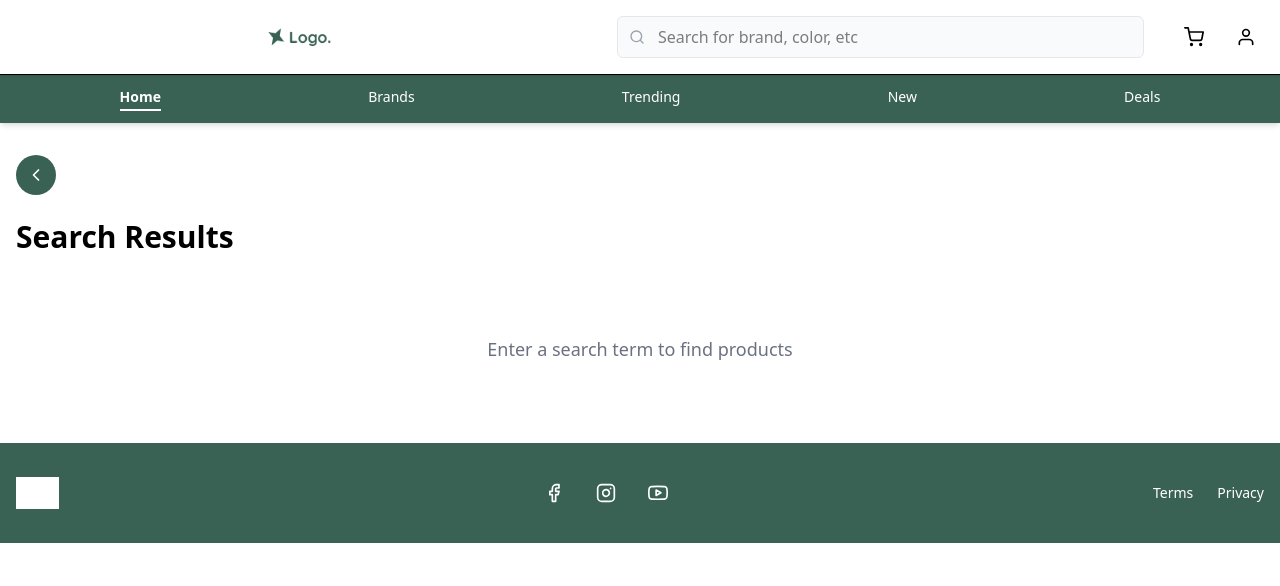
Repository: lyns184/FE-shoes_web
Page: /search
The author's editor kept a copy of each file at every save. The page is drawn from the files as they stood at one save, then again after the next save.
The browser window is 1280 px wide. The pictures show the whole page.
Pictures or frames that could not be fetched are drawn as grey boxes. The project was rebuilt for these pictures with package versions that can differ from the ones it lists, and the page was loaded fresh each time. Also part of the build but not shown: vite.config.ts, src/pages/Home/HeroCarousel.tsx, src/components/card/ProductCard.tsx, src/components/card/BrandCard.tsx, src/components/card/ReleaseCard.tsx, src/components/card/InfoCard.tsx, src/components/common/SectionHeader.tsx, src/pages/Home.tsx and 8 more.

Above is the page before, as saved 2026-01-01 20:59:21.

### index.html
<!doctype html>
<html lang="en">
  <head>
    <meta charset="UTF-8" />
    <link rel="icon" type="image/svg+xml" href="/vite.svg" />
    <meta name="viewport" content="width=device-width, initial-scale=1.0" />
    <title>shoes_web</title>
  </head>
  <body>
    <div id="root"></div>
    <script type="module" src="/src/main.tsx"></script>
  </body>
</html>

### src/index.css
@import "tailwindcss";

/* NProgress custom styling */
#nprogress .bar {
  background: #396254 !important;
  height: 3px !important;
}

#nprogress .peg {
  box-shadow: 0 0 10px #396254, 0 0 5px #396254 !important;
}

### src/App.tsx
import { useEffect } from 'react'
import { BrowserRouter, Routes, Route, useLocation } from 'react-router-dom'
import { routes } from './router'
import { CartProvider } from './hooks/useCart'
import NProgress from 'nprogress'
import 'nprogress/nprogress.css'
import './App.css'

// Configure NProgress
NProgress.configure({
  showSpinner: false,
  speed: 400,
  minimum: 0.2
});

function ScrollToTop() {
  const { pathname } = useLocation();

  useEffect(() => {
    // Start progress bar
    NProgress.start();

    // Scroll to top
    window.scrollTo(0, 0);

    // Complete progress bar after a short delay
    const timer = setTimeout(() => {
      NProgress.done();
    }, 300);

    return () => {
      clearTimeout(timer);
      NProgress.done();
    };
  }, [pathname]);

  return null;
}

function App() {
  return (
    <CartProvider>
      <BrowserRouter>
        <ScrollToTop />
        <Routes>
          {routes.map((route, index) => (
            <Route key={index} path={route.path} element={route.element} />
          ))}
        </Routes>
      </BrowserRouter>
    </CartProvider>
  )
}

export default App

### src/router/index.tsx
import type { RouteObject } from 'react-router-dom';
import Home from '../pages/Home';
import SignUp from '../pages/SignUp';
import ProductDetail from '../pages/ProductDetail';
import Cart from '../pages/Cart';
import Search from '../pages/Search';
import NotFound from '../pages/NotFound';

export const routes: RouteObject[] = [
  {
    path: '/',
    element: <Home />,
  },
  {
    path: '/login',
    element: <SignUp />,
  },
  {
    path: '/product/:id',
    element: <ProductDetail />,
  },
  {
    path: '/cart',
    element: <Cart />,
  },
  {
    path: '/search',
    element: <Search />,
  },
  {
    path: '*',
    element: <NotFound />,
  },
];

### src/hooks/useCart.tsx
import { createContext, useContext, useState, type ReactNode } from 'react';

export interface CartItem {
  id: number;
  name: string;
  description: string;
  size: string;
  quantity: number;
  price: number;
  imageUrl: string;
}

interface CartContextType {
  items: CartItem[];
  addToCart: (item: Omit<CartItem, 'quantity'>) => void;
  removeFromCart: (id: number, size: string) => void;
  updateQuantity: (id: number, size: string, change: number) => void;
  clearCart: () => void;
  totalItems: number;
  subtotal: number;
}

const CartContext = createContext<CartContextType | undefined>(undefined);

export function CartProvider({ children }: { children: ReactNode }) {
  const [items, setItems] = useState<CartItem[]>([]);

  const addToCart = (newItem: Omit<CartItem, 'quantity'>) => {
    setItems(prevItems => {
      // Check if item with same id and size already exists
      const existingIndex = prevItems.findIndex(
        item => item.id === newItem.id && item.size === newItem.size
      );

      if (existingIndex >= 0) {
        // Increase quantity
        const updated = [...prevItems];
        updated[existingIndex].quantity += 1;
        return updated;
      } else {
        // Add new item
        return [...prevItems, { ...newItem, quantity: 1 }];
      }
    });
  };

  const removeFromCart = (id: number, size: string) => {
    setItems(prevItems => prevItems.filter(item => !(item.id === id && item.size === size)));
  };

  const updateQuantity = (id: number, size: string, change: number) => {
    setItems(prevItems =>
      prevItems
        .map(item => {
          if (item.id === id && item.size === size) {
            const newQuantity = item.quantity + change;
            return { ...item, quantity: newQuantity };
          }
          return item;
        })
        .filter(item => item.quantity > 0)
    );
  };

  const clearCart = () => {
    setItems([]);
  };

  const totalItems = items.reduce((sum, item) => sum + item.quantity, 0);
  const subtotal = items.reduce((sum, item) => sum + item.price * item.quantity, 0);

  return (
    <CartContext.Provider
      value={{
        items,
        addToCart,
        removeFromCart,
        updateQuantity,
        clearCart,
        totalItems,
        subtotal,
      }}
    >
      {children}
    </CartContext.Provider>
  );
}

export function useCart() {
  const context = useContext(CartContext);
  if (!context) {
    throw new Error('useCart must be used within a CartProvider');
  }
  return context;
}

### src/pages/Search/index.tsx
import { useState, useEffect, useMemo, useTransition } from 'react';
import { useSearchParams, useNavigate } from 'react-router-dom';
import { FiChevronLeft } from 'react-icons/fi';
import MainLayout from '../../layouts/MainLayout';
import ProductCard from '../../components/card/ProductCard';
import { ProductGridSkeleton } from '../../components/common/Skeleton';
import { products } from '../../data/products';

export default function Search() {
  const [searchParams] = useSearchParams();
  const navigate = useNavigate();
  const query = searchParams.get('q') || '';
  const [isPending, startTransition] = useTransition();
  const [displayQuery, setDisplayQuery] = useState(query);

  // Calculate results directly from display query
  const results = useMemo(() => {
    if (!displayQuery) return [];
    return products.filter(product =>
      product.name.toLowerCase().includes(displayQuery.toLowerCase()) ||
      product.description.toLowerCase().includes(displayQuery.toLowerCase()) ||
      product.badge?.toLowerCase().includes(displayQuery.toLowerCase())
    );
  }, [displayQuery]);

  useEffect(() => {
    const timer = setTimeout(() => {
      startTransition(() => {
        setDisplayQuery(query);
      });
    }, 300);
    return () => clearTimeout(timer);
  }, [query]);

  return (
    <MainLayout>
      <div className="container mx-auto px-4 py-8">
        {/* Back Button */}
        <button
          onClick={() => navigate(-1)}
          className="mb-6 flex items-center justify-center w-10 h-10 rounded-full bg-[#396254] hover:bg-[#2d4d3f] transition-colors cursor-pointer"
        >
          <FiChevronLeft className="h-5 w-5 text-white" />
        </button>

        {/* Search Header */}
        <div className="mb-8">
          <h1 className="text-3xl font-bold mb-2">Search Results</h1>
          {query && (
            <p className="text-gray-600">
              {isPending ? (
                'Searching...'
              ) : (
                <>
                  Found <span className="font-semibold">{results.length}</span> results for "
                  <span className="font-semibold">{query}</span>"
                </>
              )}
            </p>
          )}
        </div>

        {/* Loading State */}
        {isPending ? (
          <ProductGridSkeleton count={8} />
        ) : (
          <>
            {/* Results */}
            {query === '' ? (
              <div className="text-center py-12">
                <p className="text-gray-500 text-lg">Enter a search term to find products</p>
              </div>
            ) : results.length === 0 ? (
              <div className="text-center py-12">
                <p className="text-gray-500 text-lg mb-4">No products found for "{query}"</p>
                <button
                  onClick={() => navigate('/')}
                  className="bg-[#396254] hover:bg-[#2d4d3f] text-white px-6 py-2 rounded-md cursor-pointer"
                >
                  Continue Shopping
                </button>
              </div>
            ) : (
              <div className="grid grid-cols-1 sm:grid-cols-2 lg:grid-cols-4 gap-6">
                {results.map((product) => (
                  <ProductCard key={product.id} {...product} />
                ))}
              </div>
            )}
          </>
        )}
      </div>
    </MainLayout>
  );
}

### src/layouts/MainLayout.tsx
import Header from '../components/common/Header';
import Navigation from '../components/common/Navigation';
import Footer from '../components/common/Footer';

interface MainLayoutProps {
  children: React.ReactNode;
}

export default function MainLayout({ children }: MainLayoutProps) {
  return (
    <div className="min-h-screen bg-white">
      <Header />
      <Navigation />
      {children}
      <Footer />
    </div>
  );
}

### src/data/products.ts
import shoeImg from '../assets/shoe.png';

export interface Product {
  id: number;
  name: string;
  description: string;
  price: number;
  originalPrice?: number;
  imageUrl: string;
  badge?: string;
  freeship?: boolean;
  sizes?: string[];
  soldCount?: number;
  releaseDate?: string;
  isNewRelease?: boolean;
}

export const products: Product[] = [
  {
    id: 1,
    name: 'Jordan 1 Retro Low OG SP',
    description: 'Travis Scott Velvet Brown',
    price: 321,
    originalPrice: 521,
    imageUrl: shoeImg,
    badge: 'Lowest Price',
    freeship: true,
    sizes: ['36', '37', '38', '39', '40', '41'],
    soldCount: 61,
  },
  {
    id: 2,
    name: 'Jordan 1 Retro Low OG SP',
    description: 'Travis Scott Velvet Brown',
    price: 321,
    imageUrl: shoeImg,
    badge: 'Lowest Price',
    freeship: true,
    sizes: ['36', '37', '38', '39', '40', '41'],
    soldCount: 45,
  },
  {
    id: 3,
    name: 'Jordan 1 Retro Low OG SP',
    description: 'Travis Scott Velvet Brown',
    price: 321,
    imageUrl: shoeImg,
    badge: 'Lowest Price',
    freeship: true,
    sizes: ['36', '37', '38', '39', '40', '41'],
    soldCount: 32,
  },
  {
    id: 4,
    name: 'Jordan 1 Retro Low OG SP',
    description: 'Travis Scott Velvet Brown',
    price: 321,
    imageUrl: shoeImg,
    badge: 'Lowest Price',
    freeship: true,
    sizes: ['36', '37', '38', '39', '40', '41'],
    soldCount: 28,
  },
  {
    id: 5,
    name: 'Jordan Jumpman Jack TR Travis Scott x Chase B',
    description: '',
    price: 456,
    imageUrl: shoeImg,
    badge: 'Best Sold',
    freeship: true,
    sizes: ['36', '37', '38', '39', '40', '41', '42'],
    soldCount: 120,
  },
  {
    id: 6,
    name: 'Jordan Jumpman Jack TR Travis Scott x Chase B',
    description: '',
    price: 456,
    imageUrl: shoeImg,
    badge: 'Best Sold',
    freeship: true,
    sizes: ['36', '37', '38', '39', '40', '41', '42'],
    soldCount: 98,
  },
  {
    id: 7,
    name: 'Jordan Jumpman Jack TR Travis Scott x Chase B',
    description: '',
    price: 456,
    imageUrl: shoeImg,
    badge: 'Best Sold',
    freeship: true,
    sizes: ['36', '37', '38', '39', '40', '41', '42'],
    soldCount: 85,
  },
  {
    id: 8,
    name: 'Jordan Jumpman Jack TR Travis Scott x Chase B',
    description: '',
    price: 456,
    imageUrl: shoeImg,
    badge: 'Best Sold',
    freeship: true,
    sizes: ['36', '37', '38', '39', '40', '41', '42'],
    soldCount: 73,
  },
  // New Releases
  {
    id: 9,
    name: 'Nike Book 1 Torched',
    description: 'New Release',
    price: 289,
    imageUrl: shoeImg,
    freeship: true,
    sizes: ['36', '37', '38', '39', '40', '41'],
    soldCount: 15,
    releaseDate: 'Dec 12',
    isNewRelease: true,
  },
  {
    id: 10,
    name: 'Nike Book 1 Torched',
    description: 'New Release',
    price: 289,
    imageUrl: shoeImg,
    freeship: true,
    sizes: ['36', '37', '38', '39', '40', '41'],
    soldCount: 22,
    releaseDate: 'Dec 12',
    isNewRelease: true,
  },
  {
    id: 11,
    name: 'Nike Book 1 Torched',
    description: 'New Release',
    price: 289,
    imageUrl: shoeImg,
    freeship: true,
    sizes: ['36', '37', '38', '39', '40', '41'],
    soldCount: 18,
    releaseDate: 'Dec 12',
    isNewRelease: true,
  },
  {
    id: 12,
    name: 'Nike Book 1 Torched',
    description: 'New Release',
    price: 289,
    imageUrl: shoeImg,
    freeship: true,
    sizes: ['36', '37', '38', '39', '40', '41'],
    soldCount: 10,
    releaseDate: 'Dec 12',
    isNewRelease: true,
  },
];

export const getProductById = (id: number): Product | undefined => {
  return products.find(product => product.id === id);
};

export const getRelatedProducts = (currentId: number, limit: number = 4): Product[] => {
  return products.filter(product => product.id !== currentId).slice(0, limit);
};

export const getNewReleases = (limit: number = 4): Product[] => {
  return products.filter(product => product.isNewRelease).slice(0, limit);
};

### src/components/common/Skeleton.tsx
export function ProductCardSkeleton() {
  return (
    <div className="overflow-hidden border border-gray-200 rounded-lg bg-white animate-pulse">
      <div className="relative aspect-square bg-gray-200"></div>
      <div className="p-4">
        <div className="h-4 bg-gray-200 rounded mb-2"></div>
        <div className="h-4 bg-gray-200 rounded w-3/4 mb-2"></div>
        <div className="h-3 bg-gray-200 rounded w-1/2 mb-4"></div>
        <div className="flex items-center gap-2 mb-2">
          <div className="h-6 bg-gray-200 rounded w-16"></div>
          <div className="h-4 bg-gray-200 rounded w-12"></div>
        </div>
        <div className="h-6 bg-gray-200 rounded w-20"></div>
      </div>
    </div>
  );
}

export function ProductGridSkeleton({ count = 8 }: { count?: number }) {
  return (
    <div className="grid grid-cols-1 sm:grid-cols-2 lg:grid-cols-4 gap-6">
      {Array.from({ length: count }).map((_, index) => (
        <ProductCardSkeleton key={index} />
      ))}
    </div>
  );
}

### src/components/common/Header.tsx
import { useState, useMemo, useRef, useEffect } from 'react';
import { useNavigate } from 'react-router-dom';
import { FiSearch, FiShoppingCart, FiUser, FiX } from 'react-icons/fi';
import logoImg from '../../assets/logo.png';
import { useCart } from '../../hooks/useCart';
import { products } from '../../data/products';

export default function ShopHeader() {
  const [searchValue, setSearchValue] = useState('');
  const [showDropdown, setShowDropdown] = useState(false);
  const searchRef = useRef<HTMLDivElement>(null);
  const navigate = useNavigate();
  const { totalItems } = useCart();

  // Filter products based on search value
  const searchResults = useMemo(() => {
    if (!searchValue.trim()) return [];
    return products.filter(product =>
      product.name.toLowerCase().includes(searchValue.toLowerCase()) ||
      product.description.toLowerCase().includes(searchValue.toLowerCase())
    ).slice(0, 5); // Limit to 5 results
  }, [searchValue]);

  // Close dropdown when clicking outside
  useEffect(() => {
    const handleClickOutside = (event: MouseEvent) => {
      if (searchRef.current && !searchRef.current.contains(event.target as Node)) {
        setShowDropdown(false);
      }
    };
    document.addEventListener('mousedown', handleClickOutside);
    return () => document.removeEventListener('mousedown', handleClickOutside);
  }, []);

  const handleSearch = (e: React.FormEvent) => {
    e.preventDefault();
    if (searchValue.trim()) {
      setShowDropdown(false);
      navigate(`/search?q=${encodeURIComponent(searchValue.trim())}`);
    }
  };

  const handleProductClick = (productId: number) => {
    setSearchValue('');
    setShowDropdown(false);
    navigate(`/product/${productId}`);
  };

  return (
    <header className="sticky top-0 z-50 border-b bg-white shadow-sm">
      <div className="container mx-auto px-4">
        <div className="flex items-center justify-between py-4">
          {/* Logo */}
          <div onClick={() => navigate('/')} className="flex items-center gap-2 cursor-pointer">
            <img src={logoImg} alt="Logo" className="h-8" />
          </div>

          {/* Search Bar */}
          <div ref={searchRef} className="flex-1 max-w-xl mx-8 relative">
            <form onSubmit={handleSearch}>
              <div className="relative">
                <button type="submit" className="absolute left-3 top-1/2 -translate-y-1/2 cursor-pointer">
                  <FiSearch className="h-4 w-4 text-gray-400" />
                </button>
                <input
                  type="text"
                  placeholder="Search for brand, color, etc"
                  value={searchValue}
                  onChange={(e) => {
                    setSearchValue(e.target.value);
                    setShowDropdown(true);
                  }}
                  onFocus={() => setShowDropdown(true)}
                  className="w-full pl-10 pr-10 py-2 bg-gray-50 border border-gray-200 rounded-md focus:outline-none focus:ring-1 focus:ring-gray-400"
                />
                {searchValue && (
                  <button
                    type="button"
                    onClick={() => {
                      setSearchValue('');
                      setShowDropdown(false);
                    }}
                    className="absolute right-3 top-1/2 -translate-y-1/2 cursor-pointer"
                  >
                    <FiX className="h-4 w-4 text-gray-400" />
                  </button>
                )}
              </div>
            </form>

            {/* Search Dropdown */}
            {showDropdown && searchValue.trim() && (
              <div className="absolute top-full left-0 right-0 mt-1 bg-white border border-gray-200 rounded-lg shadow-lg z-50 overflow-hidden">
                {searchResults.length > 0 ? (
                  <>
                    {searchResults.map((product) => (
                      <div
                        key={product.id}
                        onClick={() => handleProductClick(product.id)}
                        className="flex items-center gap-3 p-3 hover:bg-gray-50 cursor-pointer border-b border-gray-100 last:border-b-0"
                      >
                        <div className="w-12 h-12 bg-gray-100 rounded overflow-hidden shrink-0">
                          <img
                            src={product.imageUrl}
                            alt={product.name}
                            className="w-full h-full object-contain p-1"
                          />
                        </div>
                        <div className="flex-1 min-w-0">
                          <p className="text-sm font-medium text-gray-900 truncate">{product.name}</p>
                          <p className="text-xs text-gray-500 truncate">{product.description}</p>
                        </div>
                        <p className="text-sm font-semibold text-[#396254]">${product.price}</p>
                      </div>
                    ))}
                    <div
                      onClick={handleSearch as unknown as React.MouseEventHandler}
                      className="p-3 text-center text-sm text-[#396254] hover:bg-gray-50 cursor-pointer border-t border-gray-200"
                    >
                      See all results for "{searchValue}"
                    </div>
                  </>
                ) : (
                  <div className="p-4 text-center text-sm text-gray-500">
                    No products found for "{searchValue}"
                  </div>
                )}
              </div>
            )}
          </div>

          {/* Actions */}
          <div className="flex items-center gap-4">
            <button
              onClick={() => navigate('/cart')}
              className="relative p-2 hover:bg-gray-100 rounded-full cursor-pointer"
            >
              <FiShoppingCart className="h-5 w-5" />
              {totalItems > 0 && (
                <span className="absolute -top-1 -right-1 bg-[#396254] text-white text-xs w-5 h-5 rounded-full flex items-center justify-center font-medium">
                  {totalItems > 99 ? '99+' : totalItems}
                </span>
              )}
            </button>
            <button onClick={() => navigate('/login')} className="p-2 hover:bg-gray-100 rounded-full cursor-pointer">
              <FiUser className="h-5 w-5" />
            </button>
          </div>
        </div>
      </div>
    </header>
  );
}

### src/components/common/Navigation.tsx
import { useState } from 'react';

const navItems = ['Home', 'Brands', 'Trending', 'New', 'Deals'];

export default function ShopNavigation() {
  const [activeItem, setActiveItem] = useState('Home');

  return (
    <nav className="sticky top-18 z-40 bg-[#396254] text-white shadow-md">
      <div className="container mx-auto px-4">
        <div className="flex items-center justify-around py-3">
          {navItems.map((item) => (
            <button
              key={item}
              onClick={() => setActiveItem(item)}
              className={`text-sm transition-colors relative pb-1 cursor-pointer ${
                activeItem === item
                  ? 'font-bold after:absolute after:bottom-0 after:left-0 after:right-0 after:h-0.5 after:bg-white'
                  : 'font-medium hover:text-teal-100'
              }`}
            >
              {item}
            </button>
          ))}
        </div>
      </div>
    </nav>
  );
}

### src/components/common/Footer.tsx
import { FiFacebook, FiInstagram, FiYoutube } from 'react-icons/fi';

export default function ShopFooter() {
  return (
    <footer className="bg-[#396254] text-white py-8">
      <div className="container mx-auto px-4">
        <div className="flex items-center justify-between">
          {/* Logo */}
          <div className="flex items-center gap-2">
            <img src="/logo.png" alt="Logo" className="h-8 brightness-0 invert" />
          </div>

          {/* Social Icons */}
          <div className="flex items-center gap-4">
            <button className="p-2 hover:bg-white/10 rounded-full cursor-pointer">
              <FiFacebook className="h-5 w-5" />
            </button>
            <button className="p-2 hover:bg-white/10 rounded-full cursor-pointer">
              <FiInstagram className="h-5 w-5" />
            </button>
            <button className="p-2 hover:bg-white/10 rounded-full cursor-pointer">
              <FiYoutube className="h-5 w-5" />
            </button>
          </div>

          {/* Links */}
          <div className="flex items-center gap-6 text-sm">
            <a href="#" className="hover:underline">Terms</a>
            <a href="#" className="hover:underline">Privacy</a>
          </div>
        </div>
      </div>
    </footer>
  );
}

Loaded but not shown: src/main.tsx (common file)

After the next save:
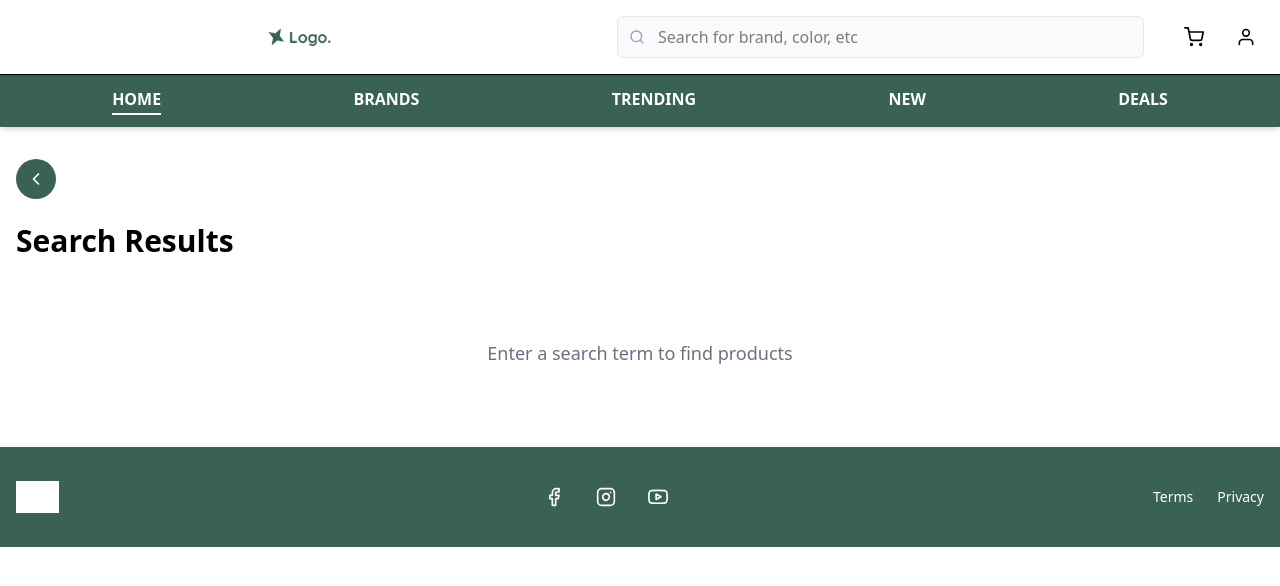
Saved 96 s later.
--- a/src/components/common/Navigation.tsx
+++ b/src/components/common/Navigation.tsx
@@ -13,10 +13,10 @@ export default function ShopNavigation() {
             <button
               key={item}
               onClick={() => setActiveItem(item)}
-              className={`text-sm transition-colors relative pb-1 cursor-pointer ${
+              className={`text-base uppercase transition-colors relative pb-1 cursor-pointer ${
                 activeItem === item
                   ? 'font-bold after:absolute after:bottom-0 after:left-0 after:right-0 after:h-0.5 after:bg-white'
-                  : 'font-medium hover:text-teal-100'
+                  : 'font-semibold hover:text-teal-100'
               }`}
             >
               {item}
